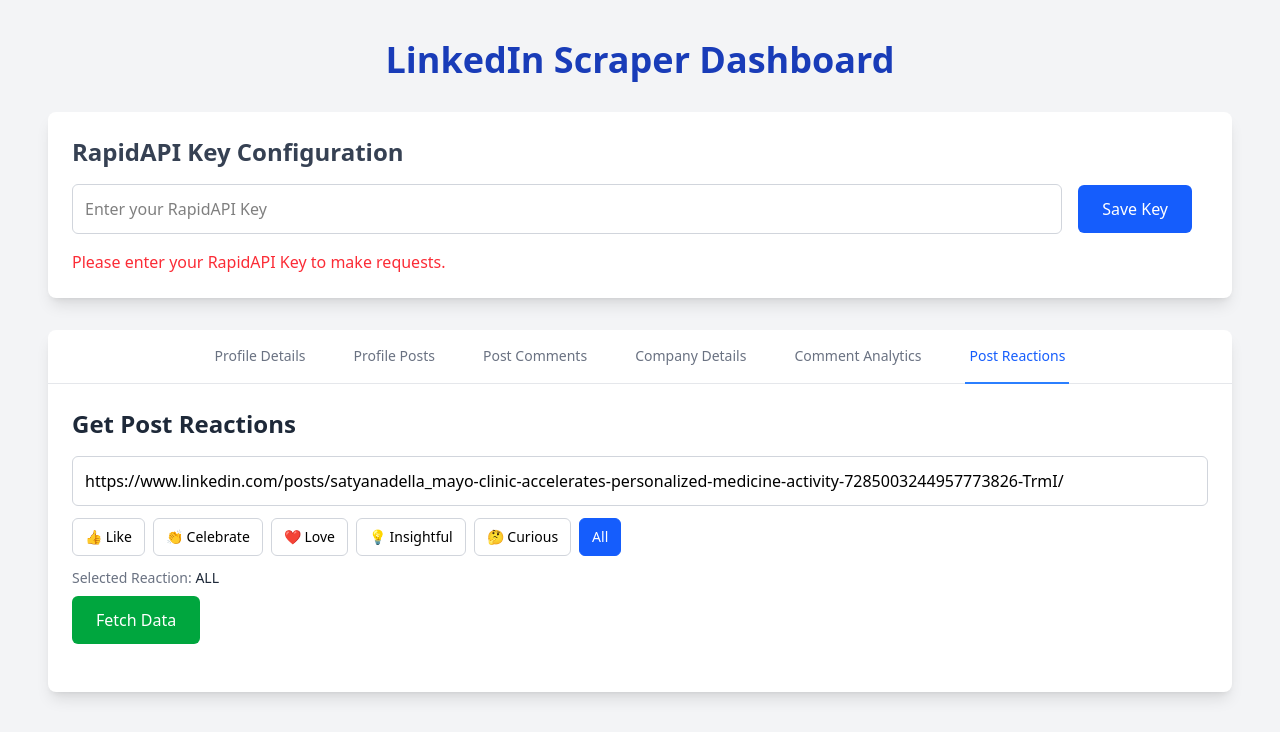
Repository: vigneshcj001/LinkedIn-Scraper-Dashboard
Page: /, after clicking the first element matching `nav.-mb-px > :nth-child(6)`
An editor plug-in stored every save of this project. The page is shown before and after the next save, followed by the edit.
The browser window is 1280 px wide. The pictures show the whole page.
The project was rebuilt for these pictures with package versions that can differ from the ones it lists, and the page was loaded fresh each time. Also part of the build but not shown: vite.config.js, src/components/DataTable.jsx, src/components/tabs/PostsTab.jsx, src/components/tabs/CommentsTab.jsx, src/components/tabs/CompanyTab.jsx, src/components/tabs/AnalyticsTab.jsx.

Above is the page before, as saved 2025-11-04 15:31:03.

After the next save:
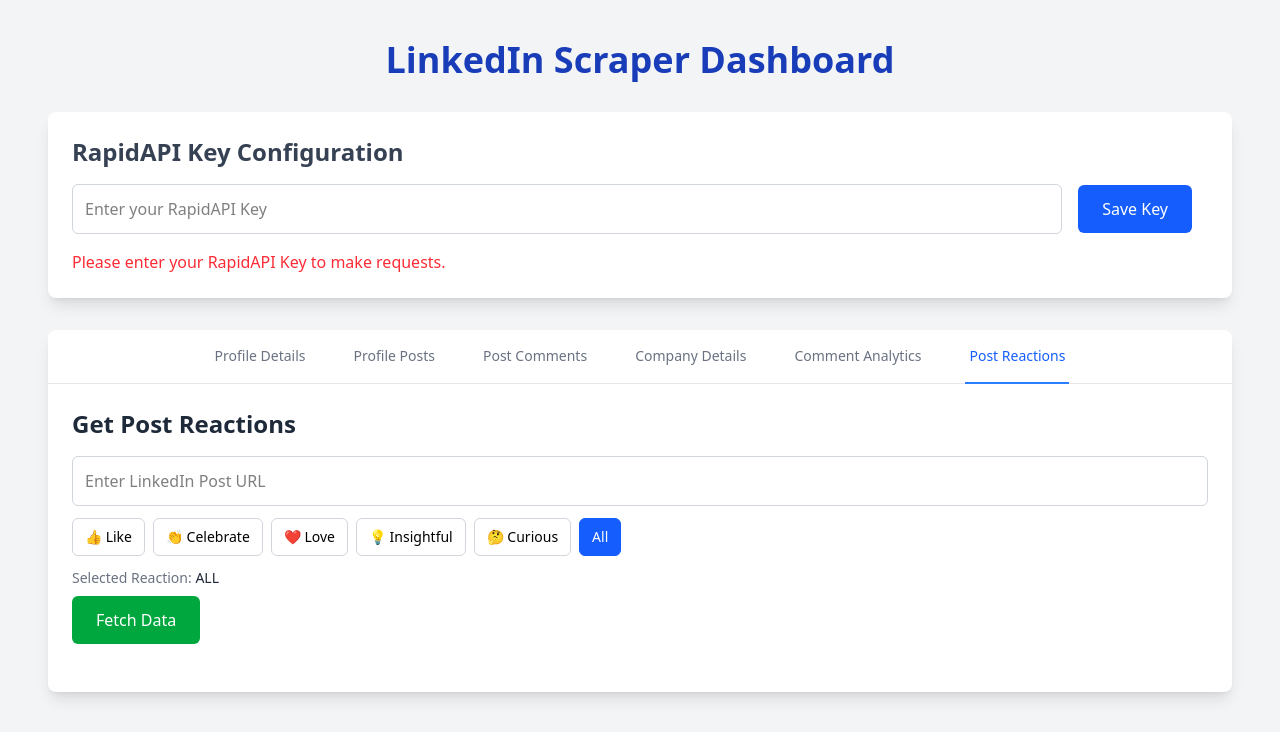
Saved 26 min 17 s later.
--- a/src/components/tabs/ReactionsTab.jsx
+++ b/src/components/tabs/ReactionsTab.jsx
@@ -12,9 +12,7 @@
 ];
 
 const ReactionsTab = ({ ...props }) => {
-  const [postUrl, setPostUrl] = useState(
-    "https://www.linkedin.com/posts/satyanadella_mayo-clinic-accelerates-personalized-medicine-activity-7285003244957773826-TrmI/"
-  );
+  const [postUrl, setPostUrl] = useState("");
   const [reactionType, setReactionType] = useState("ALL");
   const [loading, setLoading] = useState(false);
   const [data, setData] = useState(null);
